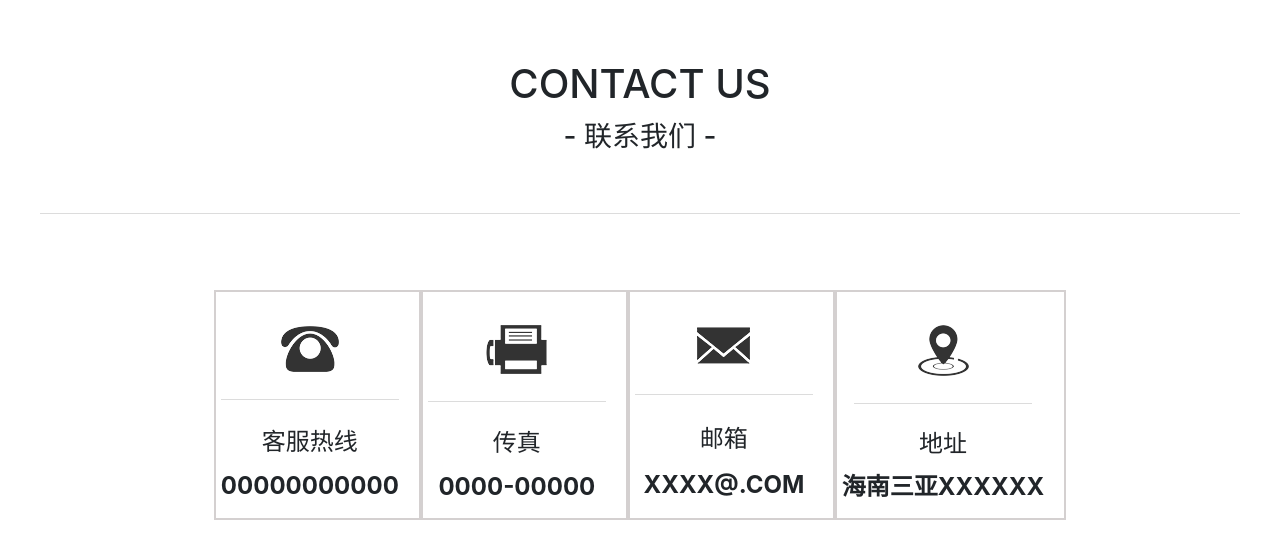
Repository: Noitom/Hadalsnailfish
Page: src/main/resources/static/html/connect.html
An editor plug-in stored every save of this project. The page is shown before and after the next save, followed by the edit.
The browser window is 1280 px wide. The pictures show the whole page.

Above is the page before, as saved 2021-12-14 15:30:32.

After the next save:
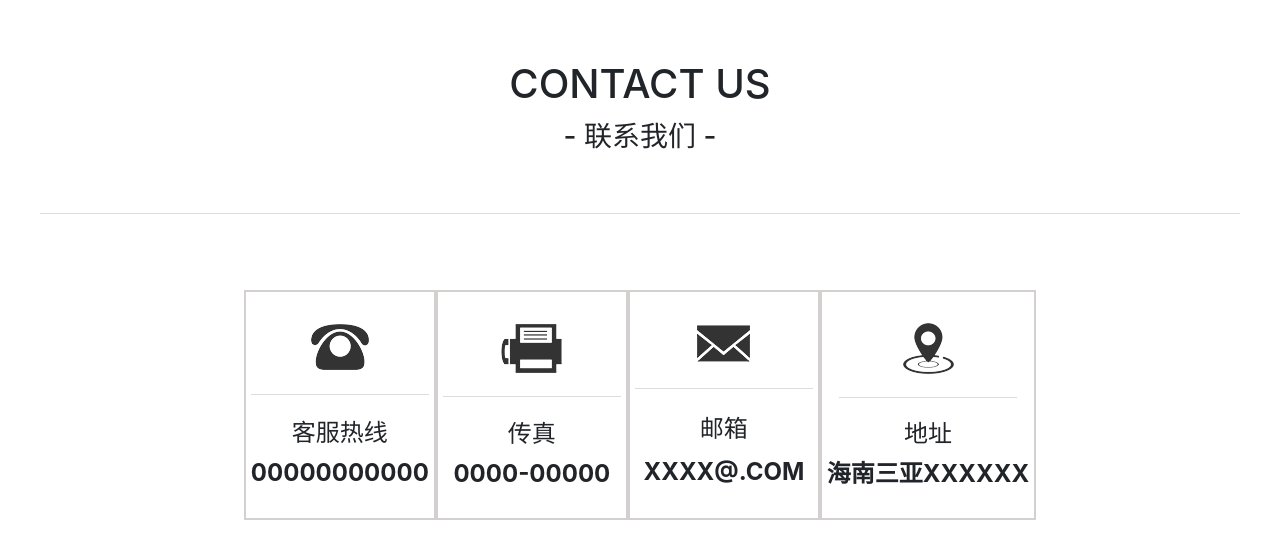
Saved 35 s later.
--- a/src/main/resources/static/html/connect.html
+++ b/src/main/resources/static/html/connect.html
@@ -49,7 +49,7 @@
 
             height: 230px;
             border: 2px solid #d4d0d0;
-            padding: 30px 20px 5px 5px
+            padding: 30px 5px 20px 5px
             /* padding-bottom: 20px; */
         }
 
